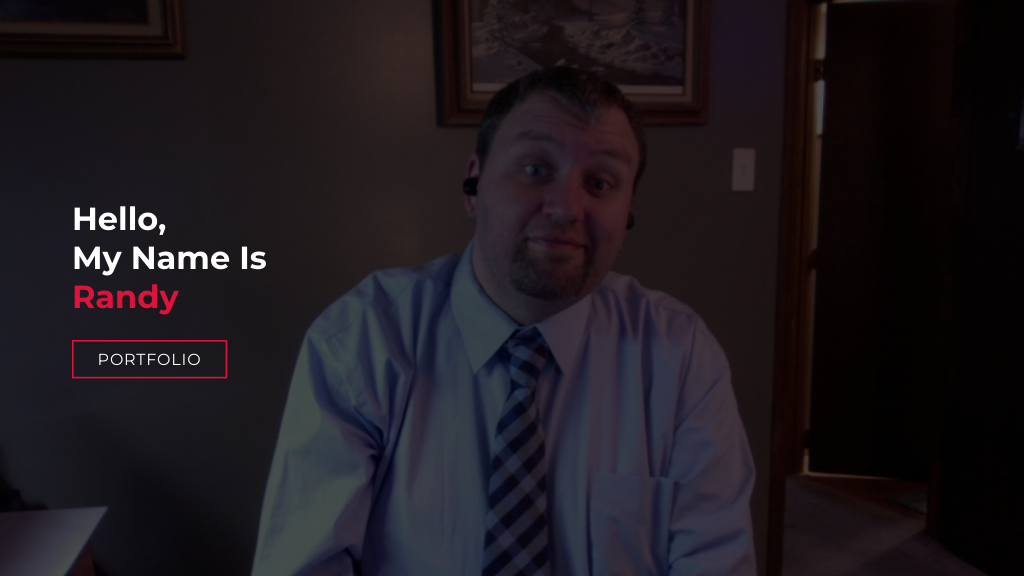
Repository: randysteele/my-portfolio-2023
Page: index.html
An editor plug-in stored every save of this project. The page is shown before and after the next save, followed by the edit.
The browser window is 1280 px wide. The pictures show the whole page, at 80% of full size.

Above is the page before, as saved 2023-04-23 12:41:48.

### index.html
<!DOCTYPE html>
<html lang="en">
<head>
    <meta charset="UTF-8">
    <meta http-equiv="X-UA-Compatible" content="IE=edge">
    <meta name="viewport" content="width=device-width, initial-scale=1.0">
    <link rel="stylesheet" href="style.css">
    <title>Randy Steele Portfolio</title>
</head>
<body>
    <!-- Hero Section -->
    <section id="hero">
        <div class="hero container">
            <div>
            <h1>Hello, <span></span></h1>
            <h1>My Name Is <span></span></h1>
            <h1>Randy <span></span></h1>
            <a href="#" type="button" class="cta">Portfolio</a>
        </div>
    </div>
    </section>


    <!-- End Hero Section -->
</body>
</html>

### style.css
@import url('https://fonts.googleapis.com/css2?family=Montserrat:wght@300;400;700&display=swap');
* {
    padding: 0;
    margin: 0;
    box-sizing: border-box;
}
html {
    font-size: 10px;
    font-family: "Montserrat", "sans-serif";
}
a {
    text-decoration: none;
}
.container {
    min-height: 100vh;
    width: 100%;
    display: flex;
    align-items: center;
    justify-content: center;
}
/* Hero Section */
#hero {
    background-image: url(./img/me1.jpeg);
    background-size: cover;
    background-position: top center;
    position: relative;
    z-index: 1;
}
#hero::after{
    content: '';
    position: absolute;
    left: 0;
    top: 0;
    height: 100%;
    width: 100%;
    background-color: black;
    opacity: 0.7;
    z-index: -1;
}
#hero .hero{
    max-width: 1200px;
    margin: 0 auto;
    padding: 0 50px;
    justify-content: flex-start;
}
#hero h1{
    display: block;
    width: fit-content;
    font-size: 4rem;
    position: relative;
    color: transparent;
    animation: text_reveal 1s ease forwards;
    animation-delay: 1s
}
#hero h1:nth-child(1){
    animation-delay: 1s;
}
#hero h1:nth-child(2){
    animation-delay: 2s;
}
#hero h1:nth-child(3){
    animation: text_reveal_name .5s ease forwards;
    animation-delay: 3s;
}

#hero .cta {
  display: inline-block;
  padding: 10px 30px;
  color: white;
  background-color: transparent;
  border: 2px solid crimson;
  font-size: 2rem;
  text-transform: uppercase;
  letter-spacing: 0.1rem;
  margin-top: 30px;
  transition: 0.3s ease;
  transition-property: background-color, color;
}
#hero .cta:hover {
    color: white;
    background-color: crimson;
}
#hero h1 span {
    position: absolute;
    top: 0;
    left: 0;
    height: 100%;
    width: 0;
    background-color: crimson;
    animation: text_reveal_box 1s ease;
    animation-delay: .3s;
}

#hero h1:nth-child(1) span {
    animation-delay: 1s;
}
#hero h1:nth-child(2) span {
    animation-delay: 2s;
}

#hero h1:nth-child(3) span {
    animation-delay: 3s;
}

/* End Hero Section */

/* Keyframes */

@keyframes text_reveal_box {
    50%{
        width: 100%;
        left: 0;
    }
    100%{
        width: 0;
        left: 100%;
    }
}
@keyframes text_reveal{
    100%{
        color: white;

    }
}
@keyframes text_reveal_name{
    100%{
        color: crimson;
        font-weight: 500px;
    }
}

After the next save:
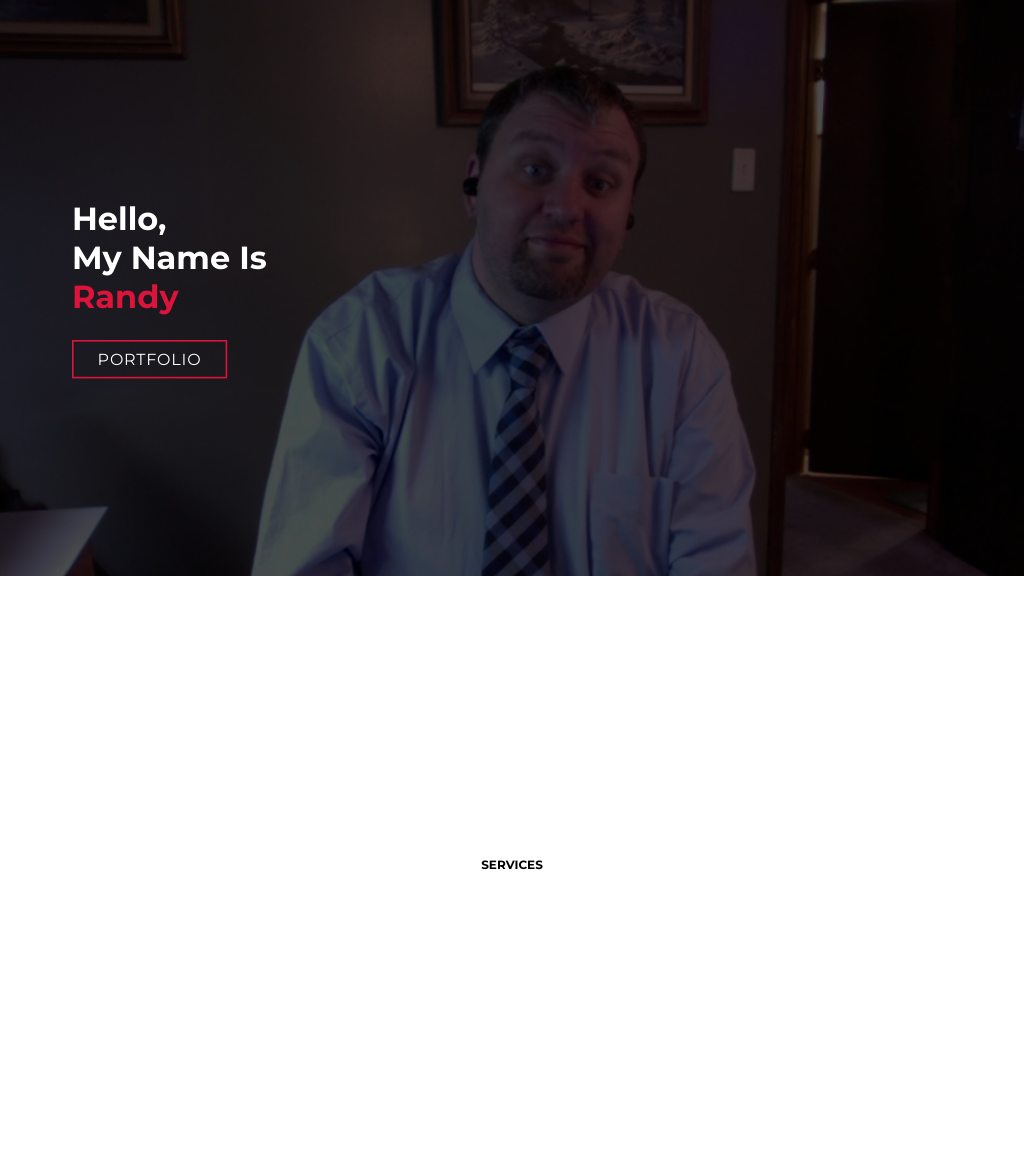
Saved 26 min 59 s later.
--- a/index.html
+++ b/index.html
@@ -19,8 +19,18 @@
         </div>
     </div>
     </section>
+    <!-- End Hero Section -->
 
+    <!-- Services Section -->
+<section id="services">
+<div class="service container">
+    <div class="service-top">
+        <h1 class="section-title">SERVICES</h1>
+    </div>
+    <div class="service-bottom"></div>
+</div>
+</section>
+    <!-- End Services Section -->
 
-    <!-- End Hero Section -->
 </body>
 </html>
